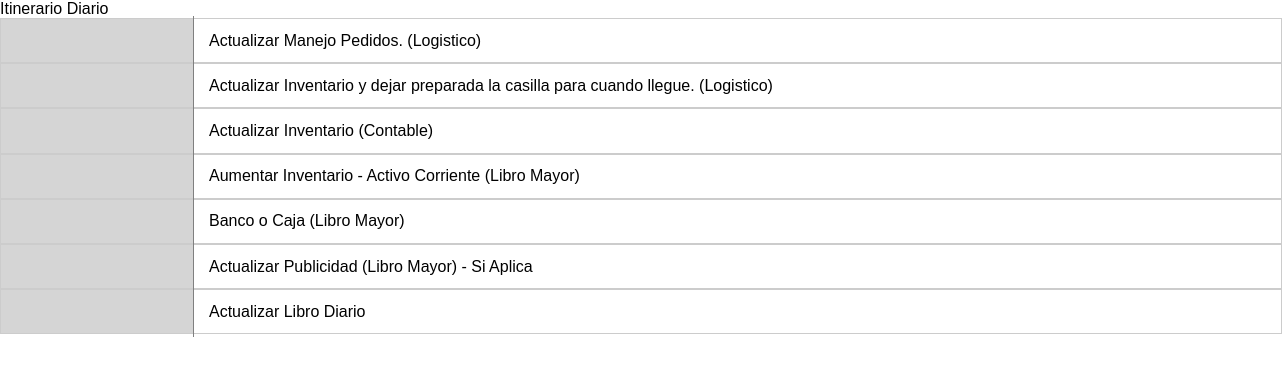
Repository: aCoupon0/intranet
Page: 1/iti-dia.html
An editor plug-in stored every save of this project. The page is shown before and after the next save, followed by the edit.
The browser window is 1280 px wide. The page is 1282 px wide, so the pictures cover 1282 px, including what lies to the right of the window. The pictures show the whole page.

Above is the page before, as saved 2024-12-11 11:24:37.

### 1/iti-dia.html
<!DOCTYPE html>
<html lang="es">

<head>
    <meta charset="UTF-8">
    <meta name="viewport" content="width=device-width, initial-scale=1.0">
    <title>Intranet DermaBox</title>
    <link rel="stylesheet" href="../css/gasto.css">
</head>
<body>
    <div class="title">Itinerario Diario</div>
    <div class="container">
        <div class="checkbox" onclick="toggleCheckbox(this)"></div>
        <div class="text-container">
            <p>Actualizar Manejo Pedidos. (Logistico)</p>
        </div>
    </div>
    <div class="container">
        <div class="checkbox" onclick="toggleCheckbox(this)"></div>
        <div class="text-container">
            <p>Actualizar Inventario y dejar preparada la casilla para cuando llegue. (Logistico)</p>
        </div>
    </div>
    <div class="container">
        <div class="checkbox" onclick="toggleCheckbox(this)"></div>
        <div class="text-container">
            <p>Actualizar Inventario (Contable)</p>
        </div>
    </div>
    <div class="container">
        <div class="checkbox" onclick="toggleCheckbox(this)"></div>
        <div class="text-container">
            <p>Aumentar Inventario - Activo Corriente (Libro Mayor)</p>
        </div>
    </div>
    <div class="container">
        <div class="checkbox" onclick="toggleCheckbox(this)"></div>
        <div class="text-container">
            <p>Banco o Caja (Libro Mayor)</p>
        </div>
    </div>
    <div class="container">
        <div class="checkbox" onclick="toggleCheckbox(this)"></div>
        <div class="text-container">
            <p>Actualizar Publicidad (Libro Mayor) - Si Aplica</p>
        </div>
    </div>
    <div class="container">
        <div class="checkbox" onclick="toggleCheckbox(this)"></div>
        <div class="text-container">
            <p>Actualizar Libro Diario</p>
        </div>
    </div>

    <script>
        function toggleCheckbox(element) {
            element.classList.toggle('active');
        }
    </script>
</body>

</html>

### css/gasto.css
body {
    margin: 0;
    font-family: Arial, sans-serif;
}
.container {
    width: 100%;
    height: 6vh;
    display: flex;
    align-items: center;
    border: 1px solid #ccc;
}
.checkbox {
    width: 15vw;
    height: 100%;
    background-color: rgb(213, 213, 213);
    display: flex;
    justify-content: center;
    align-items: center;
    cursor: pointer;
    transition: background-color 0.3s;
}
.checkbox.active {
    background-color: blue;
}
.text-container {
    flex: 1;
    display: flex;
    align-items: center;
    text-align: left;
    padding: 0 15px;
    border-left: 1px solid grey;
}

After the next save:
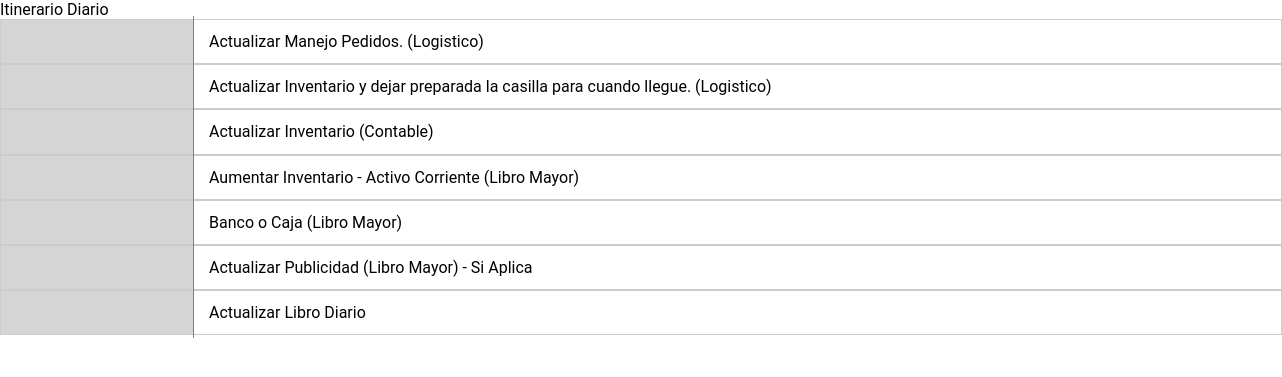
Saved 58 s later.
--- a/css/gasto.css
+++ b/css/gasto.css
@@ -1,6 +1,6 @@
 body {
     margin: 0;
-    font-family: Arial, sans-serif;
+    font-family: 'Roboto', system-ui, -apple-system, BlinkMacSystemFont, 'Segoe UI', sans-serif;
 }
 .container {
     width: 100%;
